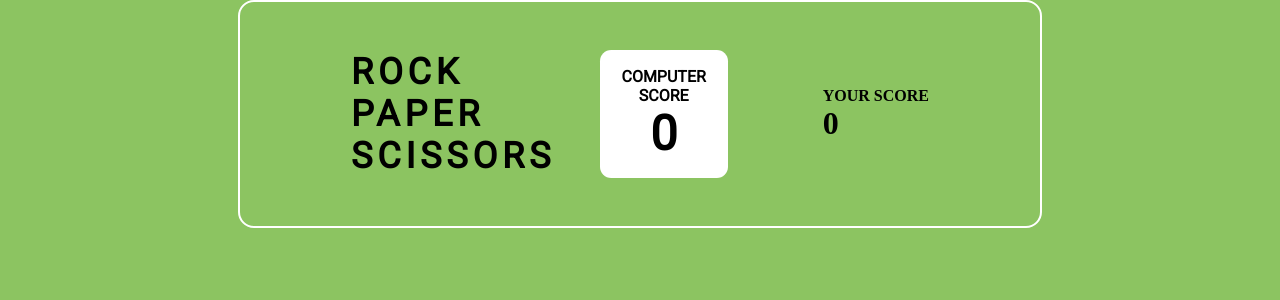
Repository: drumsmanku/Major-module-project-1
Page: index.html
These files come from the project's save history. The page is drawn as it stood at one moment and after the next save; the edit follows.
The browser window is 1280 px wide. The pictures show the whole page.

Above is the page before, as saved 2023-04-27 11:02:03.

### index.html
<!DOCTYPE html>
<html lang="en">
<head>
  <meta charset="UTF-8">
  <meta http-equiv="X-UA-Compatible" content="IE=edge">
  <meta name="viewport" content="width=device-width, initial-scale=1.0">
  <link rel="stylesheet" href="styles.css">
  <title>Module Project 1 </title>
</head>
<body>
  <div class="main-container">
    <div class="first-container">
      <div class="text">
        <h1>ROCK PAPER SCISSORS</h1>
      </div>
      <div class="computer-score">
        <h4>COMPUTER SCORE</h4>
        <h1>0</h1>
      </div>
      <div class="you-score">
        <h4>YOUR SCORE</h4>
        <h1>0</h1>
      </div>
    </div>

    <div class="second-main-container">
      <div class="second-first-main-container">

      </div>
      <div class="second-second-main-container">

      </div>
    </div>
  </div>

  <script src="script.js"></script>
</body>
</html>

### styles.css
@import url('https://fonts.googleapis.com/css2?family=Roboto&display=swap');

*{
  padding: 0;
  margin: 0;
}

body{
  background-color: #8CC461;
}
.main-container{
  display: flex;
  flex-direction: column;
  align-items: center;
}
.first-container{
  height: 12rem;
  width: 60vw;
  border: 2px solid white;
  background: none;
  border-radius: 1rem;
  padding: 1rem;
  display: flex;
  flex-direction: row;
  align-items: center;
  justify-content: space-evenly;
}
.text{
  height: inherit;
  width: 20%;
  display: flex;
  flex-wrap: wrap;
  flex-direction: column;
  font-family: 'Roboto';
  letter-spacing: 0.3rem;
  font-size: large;
  justify-content: center;
  align-items: center;
}

.computer-score{
  display: flex;
  flex-direction: column;
  height: 8rem;
  width: 8rem;
  flex-wrap: wrap;
  font-family: 'Roboto';
  justify-content: center;
  align-items: center;
  background-color: white;
  text-align: center;
  border-radius: 0.7rem;
}
.computer-score>h1{
  font-weight: 800;
  font-size: 3rem;
}

Loaded but not shown: script.js (no stored copy; drawn as an empty file)

After the next save:
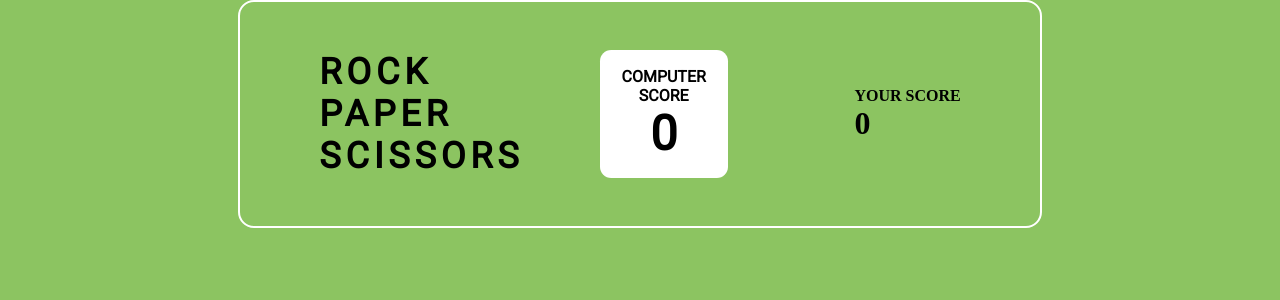
Saved 11 s later.
--- a/styles.css
+++ b/styles.css
@@ -23,7 +23,7 @@ body{
   display: flex;
   flex-direction: row;
   align-items: center;
-  justify-content: space-evenly;
+  justify-content: space-around;
 }
 .text{
   height: inherit;
